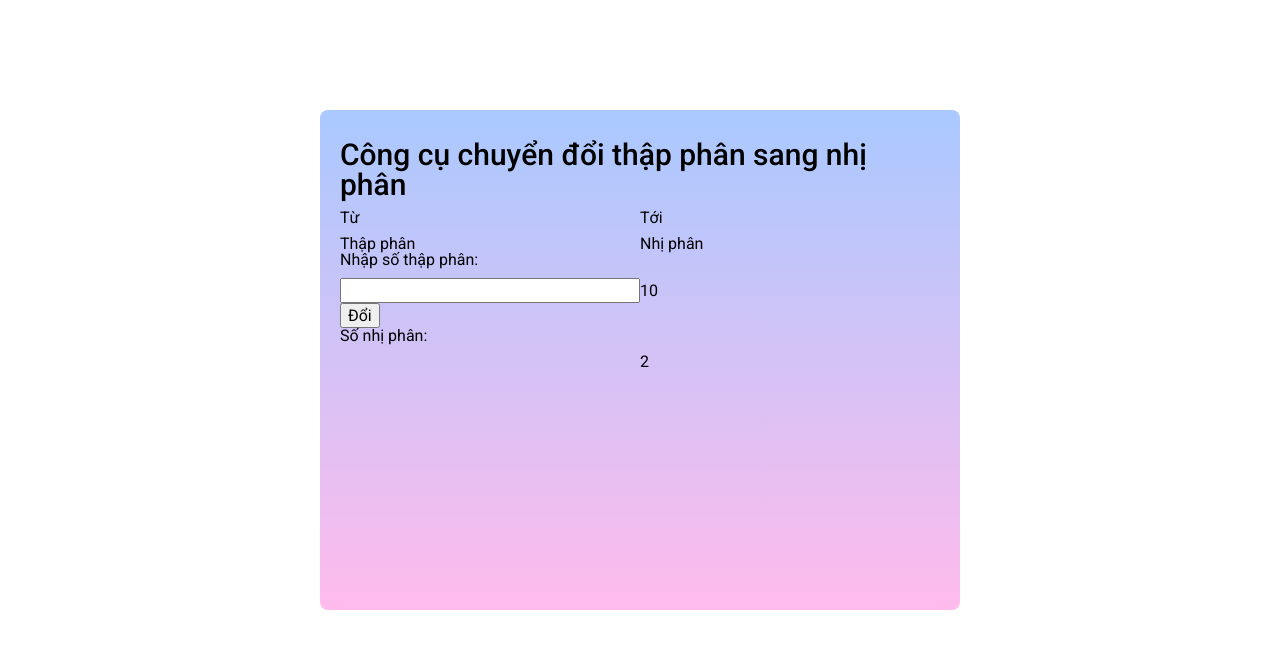
Repository: thuanpham00/covertNumber
Page: index.html
The author's editor kept a copy of each file at every save. The page is drawn from the files as they stood at one save, then again after the next save.
The browser window is 1280 px wide. The pictures show the whole page.
The style sheet was rebuilt from its Sass, Less or Tailwind sources for each picture, by a compiler version that may differ from the author's.

Above is the page before, as saved 2023-11-03 02:08:33.

After the next save:
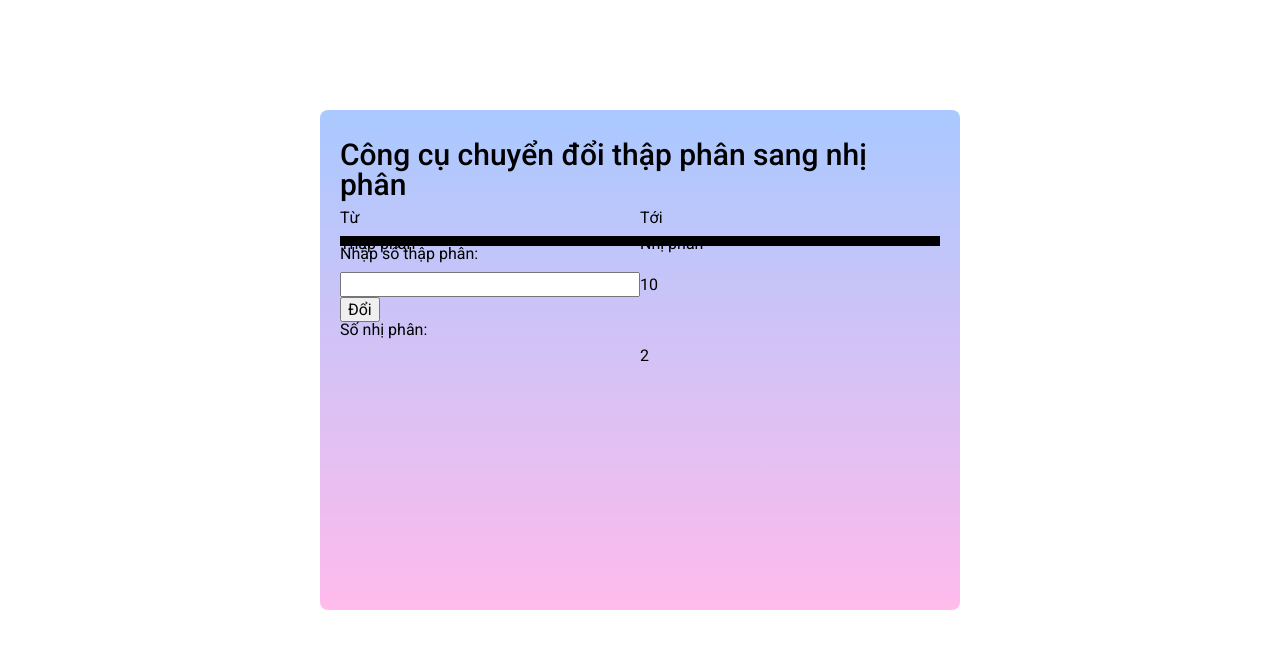
Saved 35 s later.
--- a/scss/main.scss
+++ b/scss/main.scss
@@ -171,7 +171,7 @@ button {
         align-items: center;
         grid-template-columns: 1fr 1fr;
 
-        &.row__type {
+        .row__type {
             height: 10px;
             width: 100%;
             background: #000;
